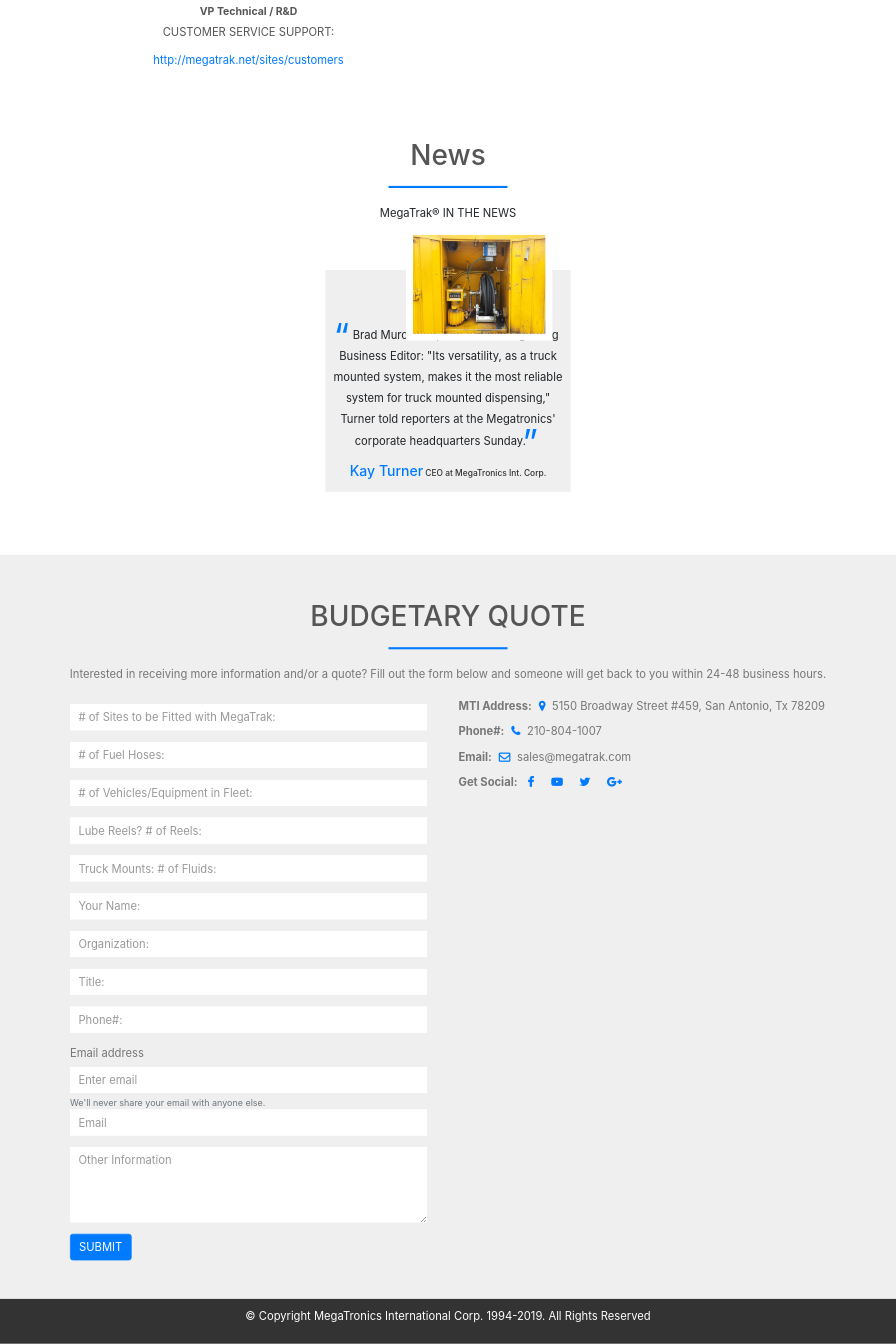
Repository: navegantemx/MegaTrak-Milestone-Project
Page: index.html
The author's editor kept a record of every edit. The page is drawn from the files as they stood at one moment, then again after the next edit.
The browser window is 1280 px wide. The pictures show the part of the page from y = 2541 to 4461 px (the page is 4461 px tall before and 4423 px after), at 70% of full size.
Backgrounds fixed to the window are drawn as part of the page.

Above is the page before.

### index.html
<!DOCTYPE html>
<html lang="en">
<head>
    <meta charset="UTF-8">
    <meta name="viewport" content="width=device-width, initial-scale=1.0">
    <meta http-equiv="X-UA-Compatible" content="ie=edge">
    <link rel="stylesheet" href="https://stackpath.bootstrapcdn.com/bootstrap/4.3.1/css/bootstrap.min.css" type="text/css" />
    <link rel="stylesheet" href="https://stackpath.bootstrapcdn.com/font-awesome/4.7.0/css/font-awesome.min.css" type="text/css" />
    <script src="https://code.jquery.com/jquery-3.3.1.slim.min.js"></script>
    <script src="https://cdnjs.cloudflare.com/ajax/libs/popper.js/1.14.7/umd/popper.min.js"></script>
    <script src="https://stackpath.bootstrapcdn.com/bootstrap/4.3.1/js/bootstrap.min.js"></script>
    <link rel="stylesheet" href="assets/css/style.css" type="text/css" />
    <title>MegaTrak - Automated Fuel Systems</title>
</head>
<body>

    <!-----------------------Part code taken from YouTube channel "Easy Tutorials" ------------>

    <!-----------------------Navigation Bar------------>

    <section id="nav-bar">
        <nav class="navbar navbar-expand-lg navbar-light">
            <a class="navbar-brand" href="#"><img src="assets/images/mt-logo.png"></a>
            <button class="navbar-toggler" type="button" data-toggle="collapse" data-target="#navbarNav" aria-controls="navbarNav" aria-expanded="false" aria-label="Toggle navigation">
            <span class="navbar-toggler-icon"></span></button>
            <div class="collapse navbar-collapse" id="navbarNav">
                <ul class="navbar-nav ml-auto"
                    <li class="nav-item">
                        <a class="nav-link" href="#top">HOME</a>
                    </li>
                    <li class="nav-item">
                        <a class="nav-link" href="#solutions">SOLUTIONS</a>
                    </li>
                    <li class="nav-item">
                        <a class="nav-link" href="#products">PRODUCTS</a>
                    </li>
                    <li class="nav-item">
                        <a class="nav-link" href="#support">SUPPORT</a>
                    </li>
                    <li class="nav-item">
                        <a class="nav-link" href="#news">NEWS</a>
                    </li>
                    <li class="nav-item">
                        <a class="nav-link" href="#contact">CONTACT</a>
                    </li>
                </ul>
            </div>
        </nav>
    </section>

    <!-----------------------Slider------------>

    <div id="slider">
        <div id="headerSlider" class="carousel slide" data-ride="carousel">
            <ol class="carousel-indicators">
                <li data-target="#headerSlider" data-slide-to="0" class="active"></li>
                <li data-target="#headerSlider" data-slide-to="1"></li>
                <li data-target="#headerSlider" data-slide-to="2"></li>
            </ol>
            <div class="carousel-inner">
                <div class="carousel-item active">
                    <img class="d-block img-fluid" src="assets/images/banner1.jpg">
                    <div class="carousel-caption">
                        <h5>TRANSPORTATION</h5>
                    </div>
                </div>
                <div class="carousel-item">
                    <img class="d-block img-fluid" src="assets/images/banner2.jpg">
                    <div class="carousel-caption">
                        <h5>MATERIALS</h5>
                    </div>
                </div>
                <div class="carousel-item">
                    <img class="d-block img-fluid" src="assets/images/banner3.jpg">
                    <div class="carousel-caption">
                        <h5>CITIES AND COUNTIES</h5>
                    </div>
                </div>
            </div>
            <a class="carousel-control-prev" href="#headerSlider" role="button" data-slide="prev">
                <span class="carousel-control-prev-icon" aria-hidden="true"></span>
                <span class="sr-only">Previous</span>
            </a>
            <a class="carousel-control-next" href="#headerSlider" role="button" data-slide="next">
                <span class="carousel-control-next-icon" aria-hidden="true"></span>
                <span class="sr-only">Next</span>
             </a>
        </div>
    </div>

    <!-----------------------Solutions------------>

    <section id="solutions">
        <div class="container">
            <div class="row">
                <div class="col-md-6">
                    <h2>MegaTrak® Solutions</h2>
                    <div class="about-content">
                        The MegaTrak® Automated Fuel System Hardware is designed with direct, single-hose, pay at the pump architecture, like retail.
                        Competitor's console driven systems lose all hose accountability when communications and/or the console fails.
                        MegaTrak® allows you to move to the next hose or exchange the fuel control unit (MCU) with another.
                        Spare units are also available.
                    </div>
                    <button type="button" class="btn btn-primary">Read more>>
                    </button>
                </div>
                <div class="col-md-6 skills-bar">
                    <p>Vehicle Control Module</p>
                    <div class="progress">
                        <div class="progress-bar" style="width: 80%;">80%</div>
                    </div>
                    <p>Mobile Truck Mounts</p>
                    <div class="progress">
                        <div class="progress-bar" style="width: 85%;">85%</div>
                    </div>
                    <p>Multi-Product Dispenser</p>
                    <div class="progress">
                        <div class="progress-bar" style="width: 75%;">75%</div>
                    </div>
                    <p>Fuel Accounting</p>
                    <div class="progress">
                        <div class="progress-bar" style="width: 50%;">50%</div>
                    </div>
                    <p>Preventive Maintenance</p>
                    <div class="progress">
                        <div class="progress-bar" style="width: 60%;">60%</div>
                    </div>
                </div>
            </div>
        </div>
    </section>

    <!-----------------------Solutions------------>

    <section id="products">
        <div class="container">
            <h1>Our Products</h1>
            <div class="row products">
                <div class="col-md-3 text-center">
                    <div class="icon">
                        <i class="fa fa-bus"></i>
                    </div>
                    <h3>MegaTrak® Series 9000</h3>
                    <p>MegaTrak® proudly presents the MegaTrak® Series 9000,
                    the latest and most advanced single-hose fuel controller (MCU) designed for fleet fueling today.</p>
                </div>
                <div class="col-md-3 text-center">
                    <div class="icon">
                        <i class="fa fa-cloud-upload"></i>
                    </div>
                    <h3>Cloud Services-Odom Capture</h3>
                    <p>The MegaTrak® approach is to remove the costly, complex radio components and return to a simpler,
                    more positive method of communication.</p>
                </div>
                <div class="col-md-3 text-center">
                    <div class="icon">
                        <i class="fa fa-clock-o"></i>
                    </div>
                    <h3>Gates & Doors Control</h3>
                    <p>Why hassle over trying to find a gate controller AND a fuel system, when the MegaTrak® Series 9000 can do it all?!</p>
                </div>
                <div class="col-md-3 text-center">
                    <div class="icon">
                        <i class="fa fa-signal"></i>
                    </div>
                    <h3>Cellular and WiFi Communications</h3>
                    <p>Cellular GPRS Radio Supported and networking using WiFi (802.11x) between devices or groups of devices and a server.</p>
                </div>
            </div>
        </div>
    </section>

    <!-----------------------Support------------>

    <section id="support">
        <div class="container">
            <h1>Technical Support</h1>
            <div class="row">
                <div class="col-md-6 profile-pic text-center">
                <div class="img-box">
                    <img src="assets/images/support1.jpg" class="img-responsive">
                    <ul>
                        <a href="#"><li><i class="fa fa-facebook"></i></li></a>
                        <a href="#"><li><i class="fa fa-twitter"></i></li></a>
                        <a href="#"><li><i class="fa fa-linkedin"></i></li></a>
                    </ul>
                </div>
                    <h2>Raul Velazquez</h2>
                    <h3>VP Technical / R&D</h3>
                    <P>CUSTOMER SERVICE SUPPORT:</P>
                    <a href="http://megatrak.net/sites/customers/">http://megatrak.net/sites/customers</a>
                </div>
                <div class="col-md-6 profile-pic text-center">
                <div class="img-box">
                    <img src="assets/images/support2.jpg" class="img-responsive">
                </div>
                    <br>
                    <P>Downloading Site:</P>
                    <a href="http://download.megatrak.com/">http://download.megatrak.com/</a>
                </div>
            </div>
        </div>
    </section>

    <!-----------------------News------------>

    <section id="news">
        <div class="container">
            <h1>News</h1>
            <p class="text-center">MegaTrak® IN THE NEWS</p>
            <div class="row">
                <div class="col-md-4 text-center">
                    <div class="profile">
                        <img src="assets/images/news1.jpg" class="user">
                        <blockquote>Brad Murchison, San Antonio Lightning Business Editor:
                        "Its versatility, as a truck mounted system, makes it the most reliable system for truck mounted dispensing,"
                        Turner told reporters at the Megatronics' corporate headquarters Sunday.</blockquote>
                            <h3>Kay Turner<span> CEO at MegaTronics Int. Corp.</span></h3>
                    </div>
                </div>
            </div>
        </div>
    </section>

   <!-----------------------Contact------------>

    <section id="contact">
        <div class="container">
            <br>
            <h1>BUDGETARY QUOTE</h1>
            <p class="text-center">Interested in receiving more information and/or a quote? Fill out the form below and someone will get back to you within 24-48 business hours.</p>
            <div class="row">
                <div class="col-md-6">
                    <form class="contact-form">
                        <div class="form-group">
                            <input type="number" class="form-control" placeholder="# of Sites to be Fitted with MegaTrak:" required>
                        </div>
                        <div class="form-group">
                             <input type="number" class="form-control" placeholder="# of Fuel Hoses:" required>
                        </div>
                        <div class="form-group">
                             <input type="number" class="form-control" placeholder="# of Vehicles/Equipment in Fleet:" required>
                        </div>
                        <div class="form-group">
                            <input type="number" class="form-control" placeholder="Lube Reels? # of Reels:" required>
                        </div>
                        <div class="form-group">
                            <input type="number" class="form-control" placeholder="Truck Mounts: # of Fluids:" required>
                        </div>
                        <div class="form-group">
                            <input type="text" class="form-control" placeholder="Your Name:" required>
                        </div>
                        <div class="form-group">
                            <input type="text" class="form-control" placeholder="Organization:" required>
                        </div>
                        <div class="form-group">
                            <input type="text" class="form-control" placeholder="Title:" required>
                        </div>
                        <div class="form-group">
                            <input type="number" class="form-control" placeholder="Phone#:" required>
                        </div>
                        <div class="form-group">
                            <label for="exampleInputEmail1">Email address</label>
                            <input type="email" class="form-control" id="exampleInputEmail1" aria-describedby="emailHelp" placeholder="Enter email" required>
                            <small id="emailHelp" class="form-text text-muted">We'll never share your email with anyone else.</small>

                            <input type="email" class="form-control" id="exampleInputEmail1" name="Email" placeholder="Email":" required>
                        </div>
                        <div class="form-group">
                            <textarea class="form-control" rows="4" placeholder="Other Information"></textarea>
                        </div>
                        <button type="submit" class="btn btn-primary">SUBMIT</button>
                    </form>
                </div>
                <div class="col-md-6 contact-info">
                    <div class="follow"><b>MTI Address:</b><i class="fa fa-map-marker"></i>5150 Broadway Street #459, San Antonio, Tx 78209</div>
                    <div class="follow"><b>Phone#:</b><i class="fa fa-phone"></i>210-804-1007</div>
                    <div class="follow"><b>Email:</b><i class="fa fa-envelope-o"></i>sales@megatrak.com</div>
                    <div class="follow"><label><b>Get Social:</b></label>
                        <a href="#"><i class="fa fa-facebook"></i></a>
                        <a href="#"><i class="fa fa-youtube-play"></i></a>
                        <a href="#"><i class="fa fa-twitter"></i></a>
                        <a href="#"><i class="fa fa-google-plus"></i></a>
                    </div>
                </div>
            </div>
        </div>
    </section>

    <!-----------------------Footer------------>

    <section id="footer">
        <div class="container text-center">
            <p>© Copyright MegaTronics International Corp. 1994-2019. All Rights Reserved</p>
        </div>
    </section>

    <!-----------------------Footer End------------>

    <script src="libraries/smooth-scroll.js"></script>
    <script>var scroll = new SmoothScroll('a[href*="#"]');</script>
</body>
</html>

### assets/css/style.css
*
{
    margin: 0;
    padding: 0;
}

/* -------------------------------------navigation */

#nav-bar
{
    position: sticky;
    top: 0;
    z-index: 10;
}

.navbar-brand img
{
    height: 80px;
    width: 90%;
    padding-left: 0;
}

.navbar-nav li
{
    padding: 0 10px;
}

.navbar-nav li a
{
    float: right;
    text-align: left;
}

#nav-bar ul li a:hover{
    color: #007bff!important;
}

.navbar
{
    background: #fff;
}

.navbar-toggler
{
    border: none!important;
}

.nav-link
{
    color: #555!important;
    font-weight: 600;
    font-size: 16px;
}

/* -------------------------------------Slider */

#slider
{
    width: 100%;
}

.carousel-caption
{
    top: 50%;
    transform: translateY (-50%);
    bottom: initial!important;
}

.carousel-caption h5
{
    color: #fff;
    font-size: 42px;
}

/* -------------------------------------Solutions */

#solutions
{
    padding-top: 100px;
    padding-bottom: 140px;
    color: #555;
}

#solutions .btn
{
    margin-top: 20px;
    margin-bottom: 30px;
}

.about-content
{
    padding-top: 20px;
}

.skills-bar p
{
    margin-bottom: 6px;
    font-weight: 600;
}

.progress
{
    border-radius: 16px; !important;
    margin-bottom: 20px;
}

.progress-bar
{
    border-radius: 16px;
}

/* -------------------------------------Products */


#products
{
    background-image: linear-gradient(rgba(0,0,0,0.8),rgba(0,0,0,0.8));url("../../media/examples/lizard.png");
    background-size: cover;
    background-position: center;
    color: #efefef !important;
    background-attachment: fixed;
    padding-top: 50px;
    padding-bottom: 50px;
}

#products h1
{
    text-align: center;
    color: #efefef !important;
    padding-bottom: 10px;
}

#products h1::after
{
    content: '';
    background: #efefef;
    display: block;
    height: 3px;
    width: 170px;
    margin: 20px auto 5px;
}

.products
{
    margin-top: 40px;
}

.icon
{
    font-size: 40px;
    margin: 20px auto;
    padding: 20px;
    height: 80px;
    width: 80px;
    border:1px solid #fff;
    border-radius: 50%;
}

#products p
{
    font-size: 14px;
    margin-top: 20px;
    color: #ccc;
}

.products .col-md-3:hover{
    background: #007bff;
    cursor: pointer;
    transition: 0.7s;
}

/* -------------------------------------Support */

#support
{
    padding-top: 50px;
    padding-bottom: 50px;
    color: #555;
}

h1
{
    text-align: center;
    color: #555 !important;
    padding-bottom: 10px;
}

h1::after
{
    content: '';
    background: #007bff;
    display: block;
    height: 3px;
    width: 170px;
    margin: 20px auto 5px;
}

.profile-pic
{
    margin-top: 25px;
}

.profile-pic .img-box
{
    opacity: 1;
    display: block;
    position: relative;
}

.profile-pic .img-box img
{
    filter: grayscale(1);
}

.profile-pic .img-box img:hover
{
    filter: grayscale(0);
    cursor: pointer;
}

.profile-pic h2
{
    font-size: 22px;
    font-weight: bold;
    margin-top: 15px;
    color: #007bff !important;
}

.profile-pic h3
{
    font-size: 15px;
    font-weight: bold;
    margin-top: 15px;
}

#support .fa
{
    height: 25px;
    width: 25px;
    color: #007bff !important;
    background: #fff;
    padding: 4px;
    border-radius: 50%;
}

.img-box ul
{
    padding: 15px 0;
    position: absolute;
    z-index: 2;
    bottom: 0;
    left: 50%;
    transform: translateX(-50%);
    opacity: 0;
}

.img-box ul li
{
    padding:5px;
    display: inline-block;
}

.img-box:hover ul

{
    opacity: 1;
}

.img-box ul, .img-box ul li
{
    transition: 0.5s;
}

/* -------------------------------------News */

#news
{
    padding-top: 50px;
    padding-bottom: 50px;
}

#news .row
{
    margin-top: 30px;
}

.col-md-4
{
    margin: 40px auto;
}

.profile
{
    padding: 70px 10px 10px;
    background-color: #efefef;
}

.user
{
    width: 55%;
    height: auto;
}

.profile img

{
    top: -60px;
    position: absolute;
    left: calc(50% - 60px);
    border: 10px solid #fff;
}

.profile h3
{
    font-size: 20px;
    margin-top: 15px;
    color: #007bff;
}

#news span
{
    font-size: 12px;
    color: #333;
}

blockquote
{
    font-size: 16px;
    line-height: 30px;
}

blockquote::before
{
    content: '\201C';
    font-size: 50px;
    color: #007bff;
    position: relative;
    line-height:20px;
    bottom: -15px;
    right: 5px;
}
blockquote::after
{
    content: '\201D';
    font-size: 50px;
    color: #007bff;
    position: relative;
    line-height:10px;
    bottom: -15px;
    right: 5px;
}

/* -------------------------------------Contact */

#contact
{
    background: #efefef;
    padding-top: 40px;
    padding-bottom: 40px;
    color: #777;
}

.contact-form
{
    padding: 15px;
}

.form-control
{
    border-radius: 0 !important;
    border: none !important;
}

::placeholder
{
    color: #999 !important;
}

.contact-info .fa
{
    margin: 10px;
    color: #007bff;
    font-weight: bold;
}

/* -------------------------------------Footer */

#footer
{
    background: #333;
    color: #fff;
    padding: 12px;
}

Loaded but not shown: libraries/smooth-scroll.js (645 lines, source omitted)

After the next edit:
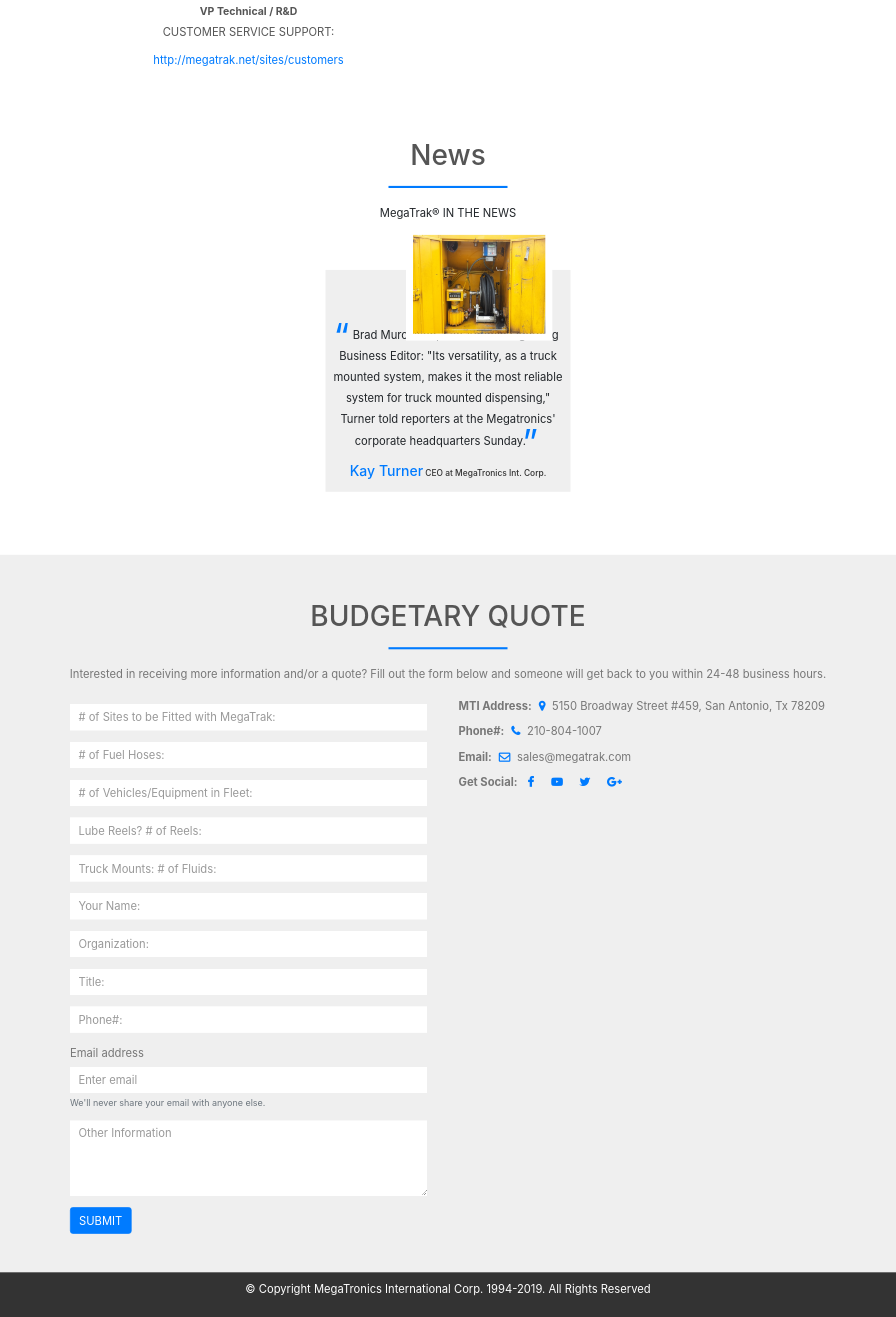
The edit:
--- a/index.html
+++ b/index.html
@@ -263,8 +263,6 @@
                             <label for="exampleInputEmail1">Email address</label>
                             <input type="email" class="form-control" id="exampleInputEmail1" aria-describedby="emailHelp" placeholder="Enter email" required>
                             <small id="emailHelp" class="form-text text-muted">We'll never share your email with anyone else.</small>
-
-                            <input type="email" class="form-control" id="exampleInputEmail1" name="Email" placeholder="Email":" required>
                         </div>
                         <div class="form-group">
                             <textarea class="form-control" rows="4" placeholder="Other Information"></textarea>
